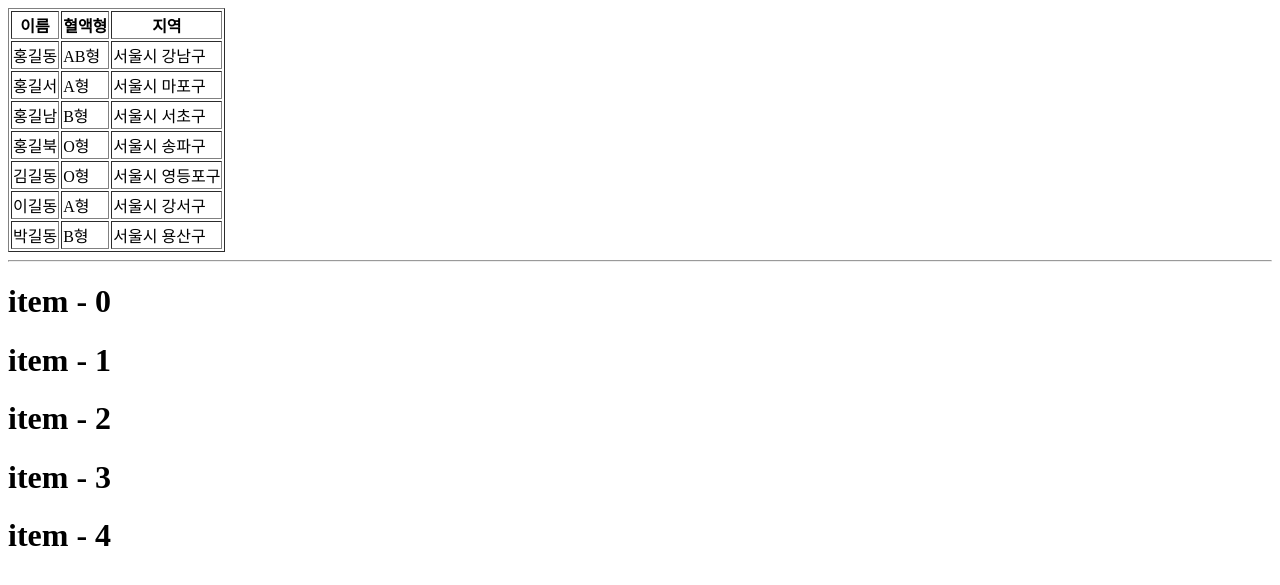
Repository: chlguswns1/web-practice
Page: jQuery/src/main/webapp/01_jQueryBasic.html
These files come from the project's save history. The page is drawn as it stood at one moment and after the next save; the edit follows.
The browser window is 1280 px wide. The pictures show the whole page.

Above is the page before, as saved 2023-03-09 01:59:27.

### jQuery/src/main/webapp/01_jQueryBasic.html
<!-- jQuery 기본
	1. jQuery 개요
		- 모든 브라우저에서 동작하는 클라이언트 자바스크립트 라이브러리.
		- 다음의 기능을 위해 제작
			. DOM과 관련된 처리를 쉽게 구현
			. 일관된 이벤트 연결을 쉽게 구현
			. 시각적 효과를 쉽게 구현
			. ajax 애플리케이션을 쉽게 구현

		- http://jquery.com
		- jQuery 사용 방법
			1) 직접 다운받아 사용하는 방법.
			2) CDN 호스트 사용하는 방법.
				 . Content Delivery Network
				 . 사용자에게 간편하게 콘텐츠를 제공하는 방식을 의미.
				 . 구글, 마이크로소프트, jQuery측에서 사용자가 jQuery를 사용하기 편하게 콘텐츠를 제공.
-->

<!DOCTYPE html>
<html>
<head>
<meta charset="UTF-8">
<title>jQuery 태그 구조</title>

<!-- 9. jQuery를 사용한 배열 관리(2)를 위한 예제 -->
<style type="text/css">
	.high-light { background:yellow; }
	.high-light-0 { background:yellow; }
	.high-light-1 { background:orange; }
	.high-light-2 { background:blue; }
	.high-light-3 { background:green; }
	.high-light-4 { background:red; }
</style>

<!-- 방법1. 직접 다운로드 -->
<script src="./js/jquery-3.6.3.min.js"></script><!-- 이렇게 하는순간 이코드에 포함된거다 -->

<!-- 방법2.CDN 방식 -->
<script src="https://ajax.googleapis.com/ajax/libs/jquery/1.12.4/jquery.min.js"></script>

<script type="text/javascript">
/* 1. 라이브러리 포함 방법 : 2가지 방식 */
//- 방법1 방법2 참조

/* 2. jQuery를 사용한 웹 페이지 형식
//	-jQuery() //jQuery함수를 호출했을때 객체를 반환해준다
//	-$(document).ready(function(){});<-이거//바디영역을 전부읽어 갔을때 jQuery가 감시하고있다 읽어간순간
							      //입력으로 전달하는 함수를 실행함
//		.문서가 준비 완료되면매개변수로전달된 함수를 실행하라는 의미.
//		.$(function(){});//간단한 형식 정의 위와 같은 코드지만 융통성있는 코드로 짧게줄일수있다
	$(document).ready(function(){//onload와(차이점) 다르게 여러개 사용할 수 있다
		alert('First Ready');
	});

	$(document).ready(function(){
		alert('Second Ready');
	});

	$(document).ready(function(){
		alert('Thirth Ready');
	});
*/
/* 3. jQuery 기본 선택자
// - jQuery 메서드의 가장 기본적인 형태
//   . 문서 객체를 다룰 때 사용하는 형태
//   . jQuery에서 가장 많이 사용하는 형태

$(document).ready(function(){
// 1) 전체 선택자(*)
	//$('*').css('color','red');//전체선택자



// 2) 태그 선택자

	//한 개 태그 선택

	//h1을 선택.css()메소드정의
	//$('h1').css('color','orange');

	//두 개 이상의 태그 선택
	//$('h1, p').css('color','blue');

// 3) 아이디 선택자
	//$('#target').css('color','blue')

// 4) 클래스 선택자
	//$('.item').css('color','yellow');
	$('h1.item').css('color','yellow');//가독성있는 접근법 h1에있는 아이템들

	$('.item.select').css('color','green');//주의) 접근해 갈때는 빈스페이스가 생기지 않도록 주의.

});
*/

/* 4. jQuery 자식(손)선택자와 후손 선택자
	//$(document).ready(function(){}); ↓밑에처럼 줄일수 있다
	$(function(){

	// - 자식(손) 선택자 - 자식은 div가 사실상 지정된것이다
	$('body > *').css('color','red')//자식에있는 모든것을 선택하겠다

// - 후손 선택자 - 후손은 div를 포함안 안에있는 모든것들이 태그된것이다
	$('body *').css('color','blue')//후손선택자의 경우는 스페이스

	});
*/

/* 5. jQuery 속성 선택자
//- 기본 선택자 뒤에 붙여 사용.
//- 입력 양식과 관련된 태그를 선택할 때 많이 사용.

	$(function () {
		$('input[type = text]').val('hello jQuery');//처음화면이 보여질때 val()안에 텍스트가 보여짐
	})
  */

/* 6. jQuery 필터 선택자
// 1) 입력 양식 필터 선택자
// .input:button
// .input:checkbox
// .input:radio
// .input:file
// .input:image
// .input:password
// .input:text
// .input:submit
// .input:reset

// .요소:checked
// .요소:disabled
// .요소:enabled
// .요소:focus
// .요소:selected

	$(function () {
		setTimeout(function(){//항목을 선택하면 5초뒤에 선택되어진 항목을 alert창으로 출력
			var value = $('select > option:selected').val();
		alert(value);
		},5000);//한번만 이벤트함수 발생
	})
*/

// 2) 위치 필터 선택자
//   . 선택자를 사용해 문서 객체를 선택한 후에 다음과 같은 위치를 지정한다.
//    >> 요소:odd -> 홀수 번째에 위치한 문서 객체 선택.
//    >> 요소:even -> 짝수 번째에 위치한 문서 객체 선택.
//    >> 요소:first -> 첫번째에 위치한 문서 객체 선택.
//    >> 요소:last -> 마지막에 위치한 문서 객체 선택.

	/* $(function () {
		$('tr:odd').css('background','silver'); //0 부터 카운팅
		$('tr:even').css('background','#9F9F9F');
		$('tr:first').css('background','blue').css('color','#FFFFFF');
	}) */

// 3) 함수 필터 선택자
//   >> 요소:contains(문자열)
//       ->특정 문자열을 포함하는 문서 객체를 선택.
//   >> 요소:eq(n)
//       ->n번째에 위치하는 문서 객체를 선택.
//   >> 요소:gt(n)
//       ->n번째 초과하는 위치에 있는 문서 객체를 선택.
//   >> 요소:has(h1)
//       ->h1 태그를 가지고 있는 문서 객체를 선택.
//   >> 요소:lt(n)
//       ->n번째 미만에 위치하는 문서 객체를 선택.
//   >> 요소:not(선택자)
//       ->선택자와 일치하지 않는 문서 객체를 선택.
//   >> 요소:nth-child(3n+1)
//       -> 3n+1번째에 위치하는 문서 객체를 선택(인덱스 1부터 카운팅).




/* 7. jQuery를 사용한 배열 관리(1) */
// - each() 메서드 사용
//    . 매개 변수로 입력한 함수 사용.
//    . for in 반복문처럼 객체나 배열의 요소 검사하는 메서드

// - each() 메서드의 형태


/* 8. jQuery를 사용한 배열 관리(2) */
// - 각 객체에 서로 다른 class 속성을 설정하고 싶을 때 each() 메서드 사용.


/* 9. jQuery를 사용한 객체 확장 */


/* 10. jQuery 라이브러리 충돌 방지 */
// - jQuery외 prototype 자바스크립트 라이브러리도 동일하게 $를
//    식별자로 사용.
// - 따라서 두 라이브러리를 함께 사용시 충돌 발생.


</script>
</head>
<body>
<!-- 3-1/3-2. 전체/태그 선택자
	<h1>Lorem ipsum</h1>
	<p>Lorem ipsum dolor sit amet.</p>
	<h1>Lorem ipsum</h1>
	<p>Lorem ipsum dolor sit amet.</p>
	<hr>
-->
<!-- 3-3. 아이디 선택자
	<h1>Header-0</h1>
    <h1 id="target">Header-1</h1>
    <h1>Header-2</h1>
    <hr>
-->

<!-- 3-4. 클래스 선택자
    <h1 class="item">Header-0</h1>
    <h1 class="item select">Header-1</h1>
    <h1 class="item">Header-2</h1>
    <hr>
 -->
<!-- 4. 자식(손) 선택자와 후손 선택자
	<div>
		<ul>
			<li>Apple</li>
			<li>Bag</li>
			<li>Cat</li>
			<li>Dog</li>
		</ul>
	</div>
    <hr>
-->
<!-- 5. 속성 선택자
    <input type="text"/></br>
    <input type="password"/></br>
    <input type="radio"/></br>
    <input type="checkbox"/></br>
    <input type="file"/></br>
    <hr>
 -->
<!-- 6-1. 입력 양식 필터 선택자
	<select>
		<option>Apple</option>
		<option>Bag</option>
		<option>Cat</option>
		<option>Dog</option>
	</select>
    <hr>
-->
<!-- 6-2/6-3. 필터선택자 -->
	<table border="1">
		<tr><th>이름</th><th>혈액형</th><th>지역</th></tr>
		<tr><td>홍길동</td><td>AB형</td><td>서울시 강남구</td></tr>
		<tr><td>홍길서</td><td>A형</td><td>서울시 마포구</td></tr>
		<tr><td>홍길남</td><td>B형</td><td>서울시 서초구</td></tr>
		<tr><td>홍길북</td><td>O형</td><td>서울시 송파구</td></tr>
		<tr><td>김길동</td><td>O형</td><td>서울시 영등포구</td></tr>
		<tr><td>이길동</td><td>A형</td><td>서울시 강서구</td></tr>
		<tr><td>박길동</td><td>B형</td><td>서울시 용산구</td></tr>
	</table>
	<hr>

<!-- 8. jQuery를 사용한 배열 관리(2) -->
	<h1>item - 0</h1>
	<h1>item - 1</h1>
	<h1>item - 2</h1>
	<h1>item - 3</h1>
	<h1>item - 4</h1>

</body>
</html>

Loaded but not shown: jQuery/src/main/webapp/js/jquery-3.6.3.min.js (library)

After the next save:
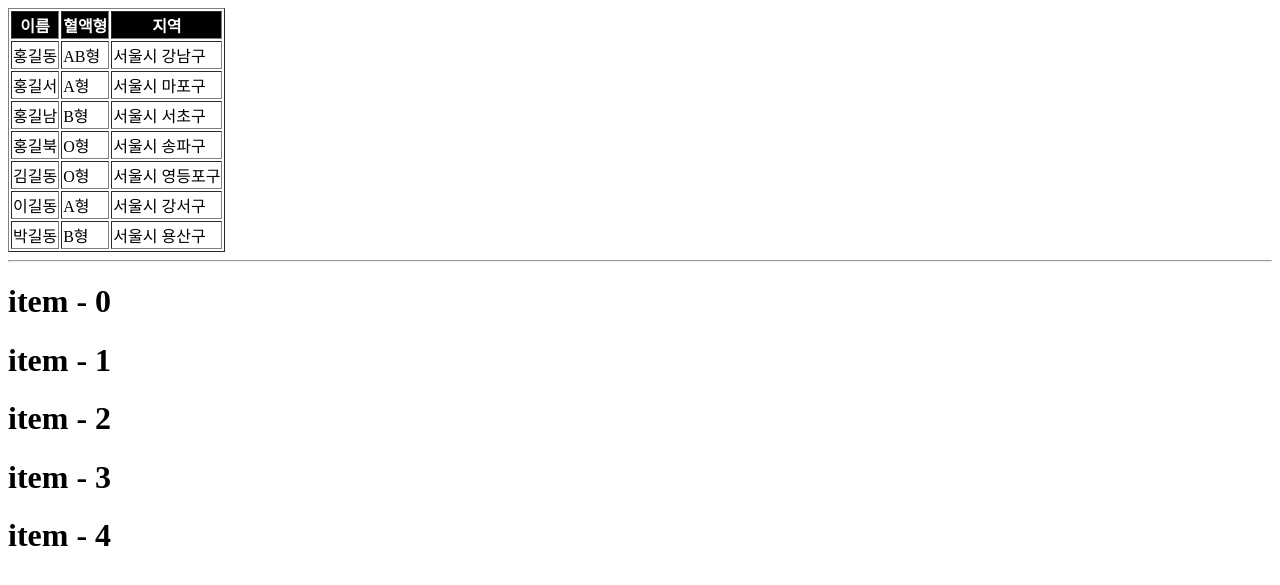
Saved 2 min 24 s later.
--- a/jQuery/src/main/webapp/01_jQueryBasic.html
+++ b/jQuery/src/main/webapp/01_jQueryBasic.html
@@ -170,6 +170,9 @@ $(document).ready(function(){
 //   >> 요소:nth-child(3n+1)
 //       -> 3n+1번째에 위치하는 문서 객체를 선택(인덱스 1부터 카운팅).
 
+	$(function () {
+		$('tr:eq(0)').css('background','black').css('color','white');
+	})
 
 
 
